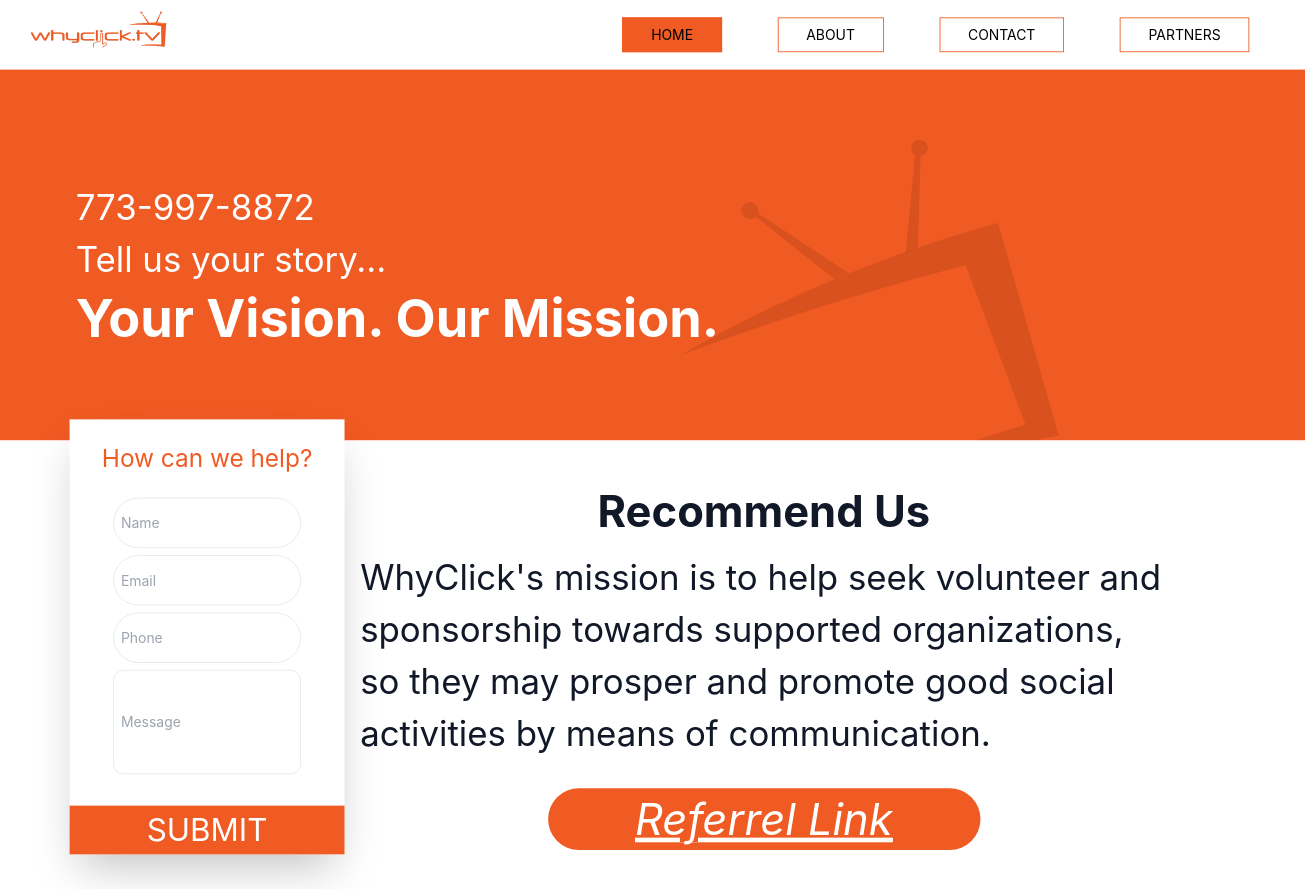
Repository: legenddev1202/whyclicktv
Page: /
An editor plug-in stored every save of this project. The page is shown before and after the next save, followed by the edit.
The browser window is 1280 px wide. The page is 1500 px wide, so the pictures cover 1500 px, including what lies to the right of the window. The pictures show the whole page, at 87% of full size.
The project was rebuilt for these pictures with package versions that can differ from the ones it lists, and the page was loaded fresh each time. Also part of the build but not shown: src/App.css, src/pages/about.js, src/pages/contact.js, src/pages/partners.js, src/pages/referral.js.

Above is the page before, as saved 2022-04-11 02:05:55.

After the next save:
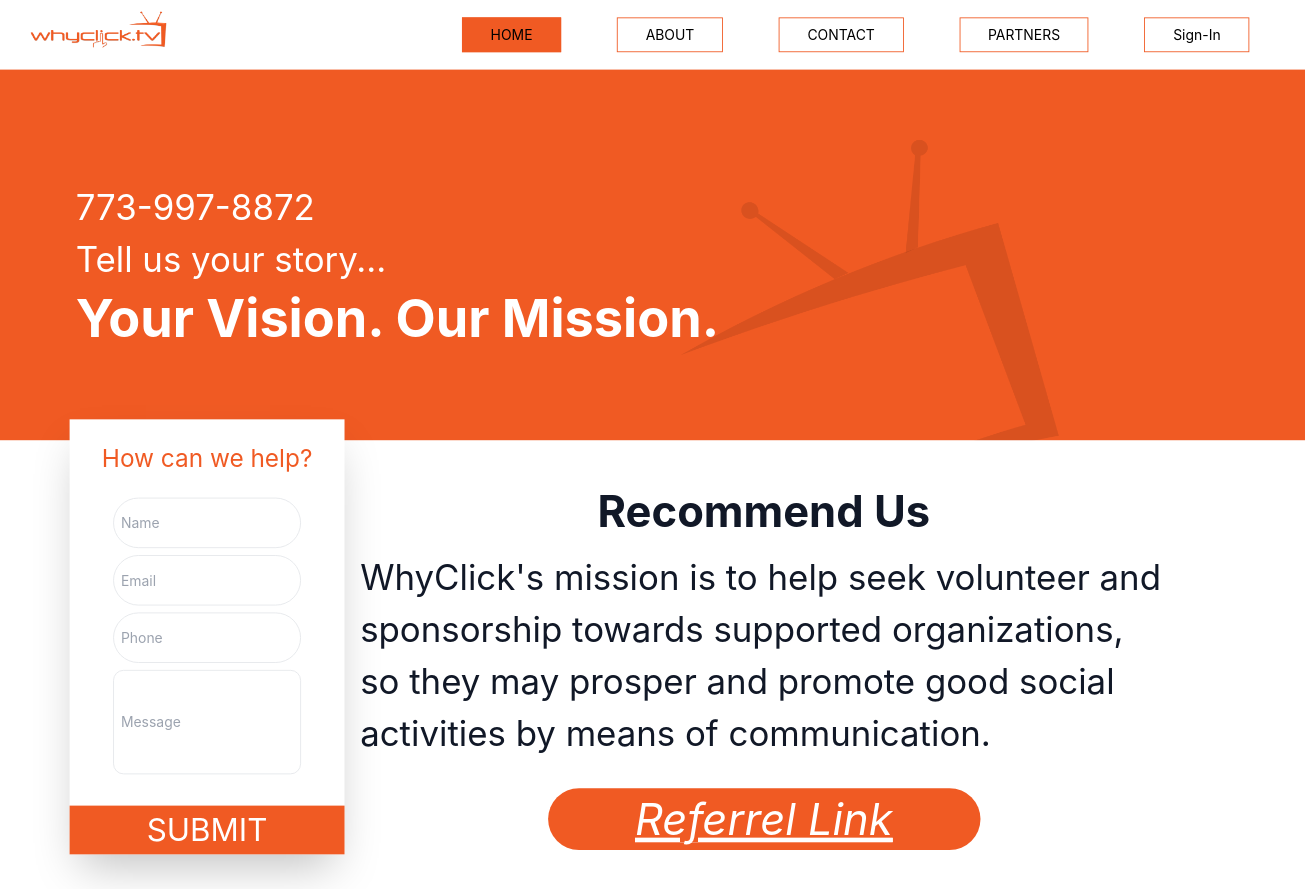
Saved 29 h 54 min later.
--- a/src/pages/home.js
+++ b/src/pages/home.js
@@ -36,6 +36,12 @@ function Home() {
             style={{ borderColor: "#F05A23" }}
           >
             <Link to="/partners">PARTNERS</Link>
+          </button>
+          <button
+            className="h-10 px-8 mx-8 border"
+            style={{ borderColor: "#F05A23" }}
+          >
+            <Link to="/partners">Sign-In</Link>
           </button>
         </div>
       </div>
